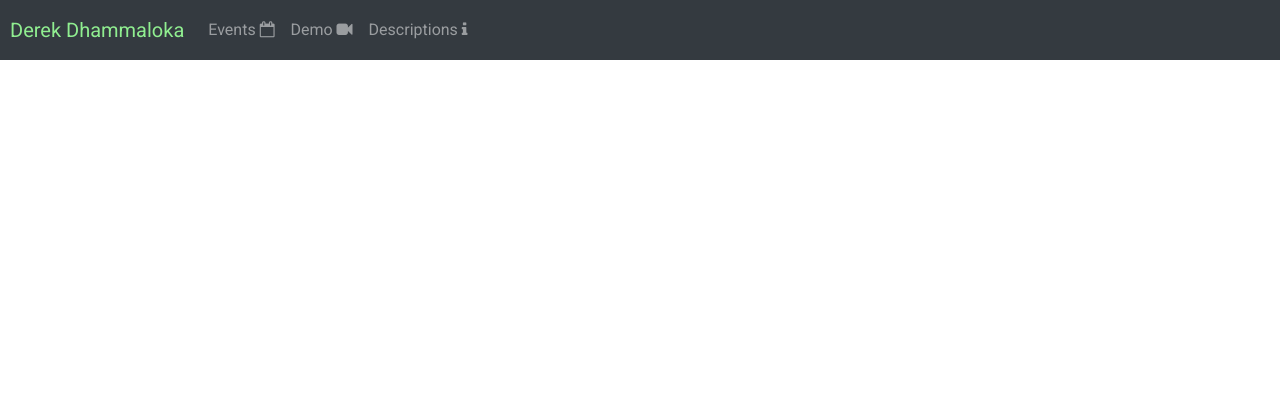
Repository: derektypist/product-landing-page
Page: index.html
The author's editor kept a record of every edit. The page is drawn from the files as they stood at one moment, then again after the next edit.
The browser window is 1280 px wide. The pictures show the whole page.

Above is the page before.

### index.html
<!DOCTYPE html>
<html lang="en">

<head>
    <meta charset="UTF-8">
    <meta name="viewport" content="width=device-width, initial-scale=1.0">
    <meta http-equiv="X-UA-Compatible" content="ie=edge">
    <title>Product Landing Page</title>
    <!-- Load Style Sheets -->
    <link rel="stylesheet" href="https://maxcdn.bootstrapcdn.com/bootstrap/4.4.1/css/bootstrap.min.css" integrity="sha384-Vkoo8x4CGsO3+Hhxv8T/Q5PaXtkKtu6ug5TOeNV6gBiFeWPGFN9MuhOf23Q9Ifjh" crossorigin="anonymous">
    <link rel="stylesheet" href="https://maxcdn.bootstrapcdn.com/font-awesome/4.7.0/css/font-awesome.min.css" type="text/css" />
    <link href="https://fonts.googleapis.com/css?family=Roboto&display=swap" rel="stylesheet">
    <style>
        /* Header and Navigation */

        #header {
            font-family: "Roboto", Arial, Verdana, sans-serif;
        }

        #header-img {
            color: lightgreen;
        }

        #nav-bar {
            padding: 10px;
        }
    </style>
</head>

<body>
    <!-- Set Up Header -->
    <header id="header">
        <!-- Set Up Navigation -->
        <nav class="navbar navbar-expand navbar-dark bg-dark fixed-top" id="nav-bar">
            <a class="navbar-brand mb-0 h1" href="index.html" id="header-img">Derek Dhammaloka</a>
            </a>
            <button class="navbar-toggler" type="button" data-toggle="collapse" data-target="navbarSupportedContent" aria-controls="navbarSupportedContent" aria-expanded="false" aria-label="Toggle navigation">
    <span class="navbar-toggler-icon"></span>
  </button>
            <div class="collapse navbar-collapse" id="navbarSupportedContent">
                <ul class="navbar-nav mr-auto">
                    <li class="nav-item">
                        <a class="nav-link" href="#">Events <i class="fa fa-calendar-o" aria-hidden="true"></i></a>
                    </li>
                    <li class="nav-item">
                        <a class="nav-link" href="#">Demo <i class="fa fa-video-camera" aria-hidden="true"></i></a>
                    </li>
                    <li class="nav-item">
                        <a class="nav-link" href="#">Descriptions <i class="fa fa-info" aria-hidden="true"></i></a>
                    </li>
                </ul>
        </nav>
    </header>
</body>

</html>

After the next edit:
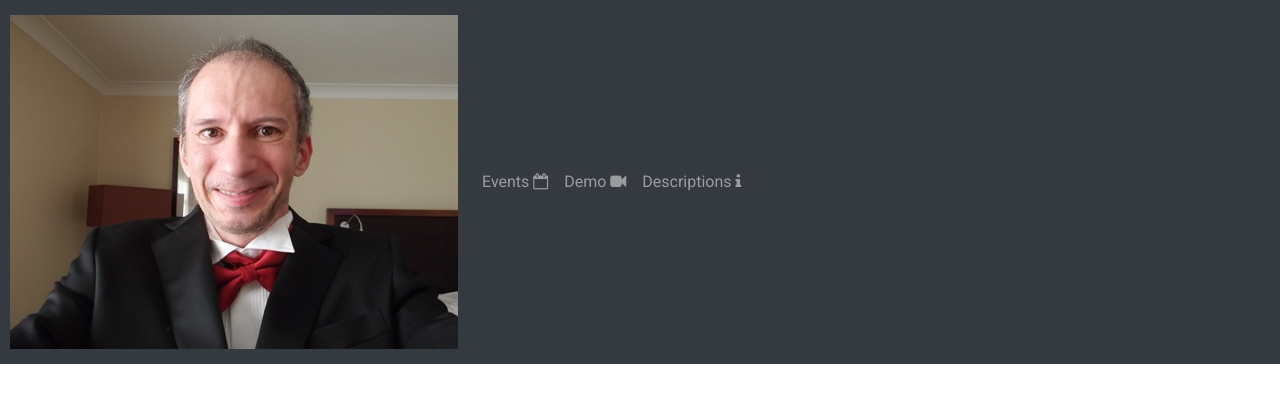
The edit:
--- a/index.html
+++ b/index.html
@@ -32,8 +32,7 @@
     <header id="header">
         <!-- Set Up Navigation -->
         <nav class="navbar navbar-expand navbar-dark bg-dark fixed-top" id="nav-bar">
-            <a class="navbar-brand mb-0 h1" href="index.html" id="header-img">Derek Dhammaloka</a>
-            </a>
+            <a class="navbar-brand" href="index.html"><img src="derek.jpg" title="Derek Dhammaloka" alt="Derek Dhammaloka" id="header-img"></a>
             <button class="navbar-toggler" type="button" data-toggle="collapse" data-target="navbarSupportedContent" aria-controls="navbarSupportedContent" aria-expanded="false" aria-label="Toggle navigation">
     <span class="navbar-toggler-icon"></span>
   </button>

After the edit that followed:
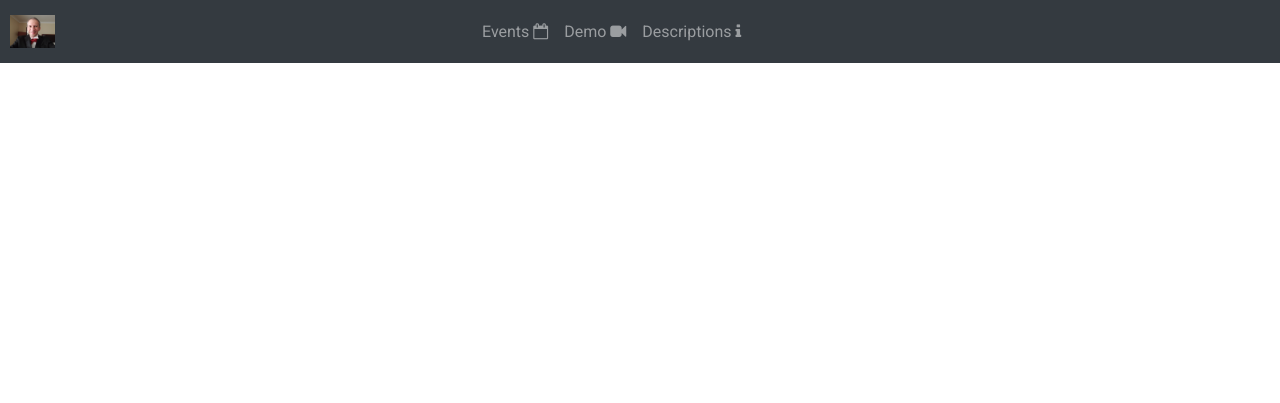
The edit:
--- a/index.html
+++ b/index.html
@@ -18,7 +18,8 @@
         }
 
         #header-img {
-            color: lightgreen;
+            width: 10%;
+            height: 10%;
         }
 
         #nav-bar {
